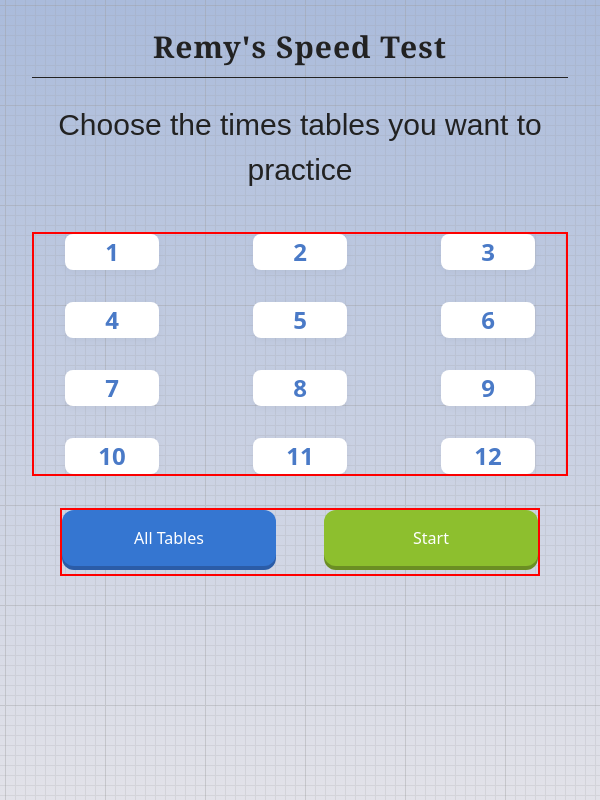
Repository: Chinurum-Omenuko/remys-speed-test
Page: / (app in app/)
These files come from the project's save history. The page is drawn as it stood at one moment and after the next save; the edit follows.
The browser window is 600 px wide. The pictures show the whole page.
The project was rebuilt for these pictures with package versions that can differ from the ones it lists, and the page was loaded fresh each time. The framework's server and built-in components were replaced by stand-ins that run in the browser. Also part of the build but not shown: app/svelte.config.js, app/vite.config.ts.

Above is the page before, as saved 2025-11-17 18:55:55.

### app/src/routes/+page.svelte

<script lang="ts">
	import { goto } from "$app/navigation";
	import { GameStore } from "../stores/gameStore.svelte";

	let store = GameStore;
	let chosenTables = store.getTables()
	const tables = Array.from({ length: 12 }, (_, i) => i + 1);

	function selectTable(table: number) {
		store.addTables(table)
	}

	function allTables(){
		tables.forEach(table => {
			let index = chosenTables.indexOf(table)
			if(!chosenTables.includes(table)){
				selectTable(table)
				return
			}
			chosenTables.splice(index, 1)
		});
	}


	function start() {
		store.generateQuestions(chosenTables)
		goto("/test")
	}



	function lastResults() {
		alert('Show last results');
	}
</script>
<div class="landing-bg">
	<div style="padding: 1.5rem 2rem 0 2rem;">
		<h1 class="title">Remy's Speed Test</h1>
		<div class="dotted"></div>
		<h2 class="subtitle">Choose the times tables you want to practice</h2>
		<div class="content">
			<div class="tables-grid">
				{#each tables as table}
					<button
						type="button"
						class="table-btn {chosenTables.includes(table) ? 'selected' : ''}"
						on:click={() => {

							selectTable(table)
							}}
						aria-pressed={chosenTables[table] === table}
					>
						{table}
					</button>
				{/each}
			</div>
			<div class="actions">

				{#if chosenTables.length == 12}
					<button class="red-btn btn bg-red-500" on:click={allTables}>Deselect All Tables</button>
				{:else}
					<button class="blue-btn btn" on:click={allTables}>All Tables</button>
				{/if}

				<button class="green-btn btn" on:click={start}>Start</button>
			</div>
		</div>
	</div>
</div>

<style>
	* {
 		min-height: 0;
	}

	.landing-bg {


		background-image:url("data:[embedded picture, 1695 characters]"), linear-gradient(180deg, #aabbdb, #e2e2e9);
		min-height: 100vh;
		max-width: 100vw;
		padding: 0;
		margin: 0;
	}
	.title {
		font-size: 2rem;
		font-weight: 700;
		margin: 0 0 0.5rem 0;
		letter-spacing: 1px;
		color: #222;
		font-family: Georgia, 'Times New Roman', Times, serif;
		text-align: center;
	}
	.dotted {
		border-bottom: 1px solid #222;
		margin-bottom: 1.5rem;
	}
	.subtitle {
		font-size: clamp(1rem, 5vw, 2.5rem);
		font-weight: 100;
		margin-bottom: 2.5rem;
		text-align: center;
		color: #222;
		font-family: Arial, Helvetica, sans-serif;
	}

	.content{
		display: flex;
		flex-direction: column;
		/* border: solid 2px red; */
		justify-content: start;
		align-items: center;
		max-width: 100vw;
		min-height: 50vh;
	}
	.tables-grid {
		display: grid;
		grid-template-columns: repeat(6, 1fr);
		gap: 2rem;
		/* border: solid 2px green; */
		width: 100%;
	}
	.table-btn {
		background: #fff;
		border-radius: 8px;
		font-size: 2.5rem;
		font-weight: 700;
		color: #4a7ac7;
		width: 60%;
		height: 100%;
		display: flex;
		align-items: center;
		justify-content: center;
		cursor: pointer;
		transition: box-shadow 0.2s, border 0.2s;
		margin: 0 auto;
		box-shadow: 0 2px 8px rgba(0,0,0,0.04);
	}
	.table-btn.selected {
		border: 3px solid #2e5eaa;
		background: #eaf1ff;
		color: #2e5eaa;
	}
	.actions {
		display: flex;
		justify-content: space-between;
		align-items: stretch;
		max-width: 1200px;
		min-width: 50%;
		margin: 2rem auto 0 auto;
		flex-direction: row;

	}

	.btn {
		width: 80%;
		height: 50%;
		color: #fff;
		border-radius: 12px;
		padding: 1rem 2.5rem;
		cursor: pointer;
		margin-bottom: 0.5rem;
		display: -webkit-box;
		-webkit-line-clamp: 1; /* number of lines */
		-webkit-box-orient: vertical;
		overflow: hidden;
		white-space: nowrap;
		text-overflow: ellipsis;
	}
	.blue-btn {
		background:  #3576d1;
		border: none;
		box-shadow: 0 4px 0 #2b5ca7;
		transition: background 0.2s;
		font-size: 1em;
	}
	.blue-btn:active {
		background: #3576d1;
	}
	.green-btn {
		background: #8dbf2e;
		border: none;
		box-shadow: 0 4px 0 #6b8e23;
		margin-left: 1rem;
		transition: background 0.2s;
	}
	.green-btn:active {
		background: #8dbf2e;
	}

	/* 640px: small tablet */
	@media (min-width: 340px) and (max-width: 640px){
		.title{
			font-size: 30px;
		}
		.tables-grid {
			grid-template-columns: repeat(3, 1fr);
			border: solid 2px red;
		}
		.table-btn {
			font-size: 1.5rem;
		}
		.actions {
			flex-direction: row;
			align-items: stretch;
			gap: 2rem;
			border: solid 2px red;
			width: 80vw;
		}
	}
	@media (min-width: 640px) {
		.tables-grid {

		}
		.table-btn {

		}
		.actions {

		}
	}

	/* 768px: tablet portrait */
	/* @media (min-width: 768px) {
		.tables-grid {
			grid-template-columns: repeat(3, 1fr);
			border: red;
		}
		.table-btn {
			width: 100px;
			height: 80px;
			font-size: 1.5rem;
		}
		.actions {
			flex-direction: column;
			align-items: stretch;
			gap: 2rem;
		}
	} */

	/* 1024px: tablet landscape / small laptop */
	/* @media (min-width: 1024px) {
		.tables-grid {
			grid-template-columns: repeat(4, 1fr);
		}
		.table-btn {
			width: 140px;
			height: 110px;
			font-size: 2rem;
		}
		.actions {
			flex-direction: row;
			align-items: center;
			gap: 1rem;
		}
	} */

	/* @media (min-width: 1200px) and (max-height: 700px) {

	} */


	/* 1280px: laptop */
	/* @media (min-width: 1280px) {} */

	/* 1536px: large desktop */
	/* @media (min-width: 1536px) {} */




</style>

### app/src/stores/gameStore.svelte.ts
import { writable } from "svelte/store";
import { createQuestions } from "../utils/gameUtils";

function createGameStore(){
    let allQuestions = $state<any[]>([])
    let selectedTables: number[] = $state([])


    return{
        selectedTables,
        get allQuestions(){
            return allQuestions;
        },
        clearSelectedTables: () => {
            selectedTables = []
        },
        getTables: () => selectedTables,
        addTables: (table: number) => {
            let index = selectedTables.indexOf(table)

            if(!selectedTables.includes(table)){
                selectedTables.push(table)
                return
            }

            selectedTables.splice(index,1)

        },
        generateQuestions: (table: number[]) => {
            let questions = createQuestions(table)

            let flat = Object.values(questions).flat();
            allQuestions = [...allQuestions, ...flat];


        },

        removeQuestions: () => allQuestions = []
    }
}

export const GameStore = createGameStore()

### app/src/utils/gameUtils.ts
function makeQuestionObject(table: number){
    let questionsObjectArray = []
    for (let i = 1; i <= 12; i++){
        let question = {
            id: table + '-' + i,
            table: table,
            multiplier: i,
            question: `${table} x ${i}`,
            answer: table * i
        };
        questionsObjectArray.push(question);
    }
    return questionsObjectArray;
}

export function createQuestions(timeTable: number[]){
    let questions = {};

    timeTable.forEach(table => {
        let objectArray = makeQuestionObject(table)
        questions[table] = objectArray
    });
    return questions
}

Loaded but not shown: app/src/app.html (common file); app/src/routes/+layout.svelte (common file); app/src/app.css (common file)

After the next save:
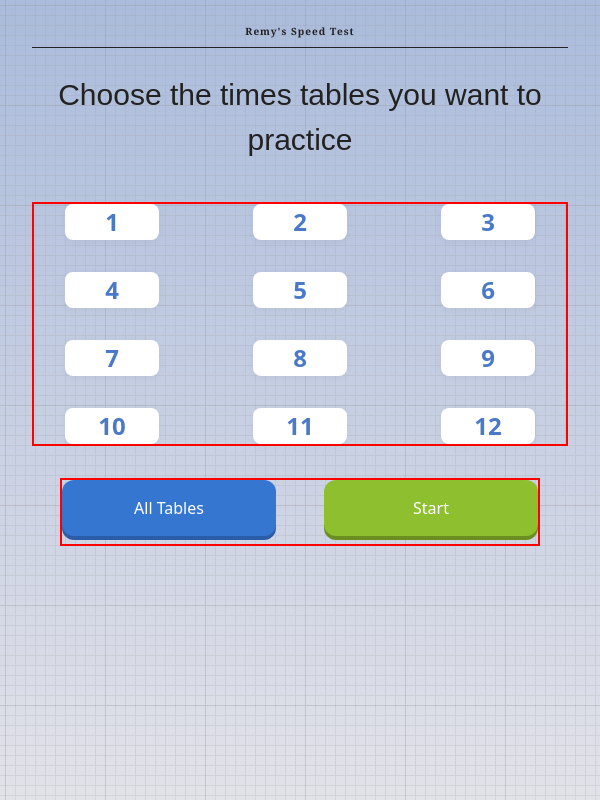
Saved 5 s later.
--- a/app/src/routes/+page.svelte
+++ b/app/src/routes/+page.svelte
@@ -192,7 +192,7 @@
 	/* 640px: small tablet */
 	@media (min-width: 340px) and (max-width: 640px){
 		.title{
-			font-size: 30px;
+			font-size: 10px;
 		}
 		.tables-grid {
 			grid-template-columns: repeat(3, 1fr);
